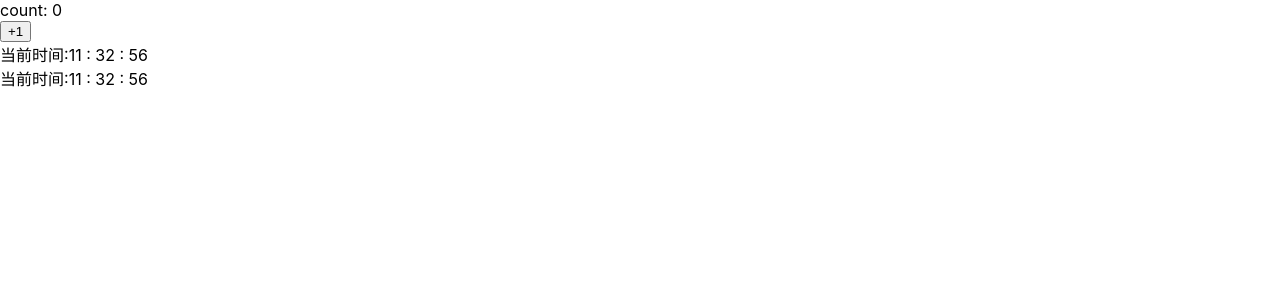
Repository: AprilChou4/cra-demo
Page: / (app in demo7-react生命周期/)
These files come from the project's save history. The page is drawn as it stood at one moment and after the next save; the edit follows.
The browser window is 1280 px wide. The pictures show the whole page.
The project was rebuilt for these pictures with package versions that can differ from the ones it lists, and the page was loaded fresh each time.

Above is the page before, as saved 2021-02-25 17:04:24.

### demo7-react生命周期/src/index.js
import React from 'react';
import ReactDOM from 'react-dom';
import './index.css';
// import App from './component/ReactLife163';
// contex的通信
// import App from './component/Context';
// 组件的复用
// import App from './component/UsePublic';
// import App from './component/PureComponent';
import App from './component/ReactMemo';


ReactDOM.render(
  // <React.StrictMode>
  <App />,
  // </React.StrictMode>,
  document.getElementById('root'),
);

### demo7-react生命周期/src/component/ReactMemo/index.jsx
import React, { useState, memo, useMemo, useCallback } from 'react'

const Child = () => {
    const date = new Date()

    return (
      <div>
        当前时间:{date.getHours()} : {date.getMinutes()} : {date.getSeconds()}
      </div>
    )
  };
const Child1 = memo(() => {
    const date = new Date()

    return (
      <div>
        当前时间:{date.getHours()} : {date.getMinutes()} : {date.getSeconds()}
      </div>
    )
  })

const Parent = () => {
  const [count, setCount] = useState(0)

  return (
    <div>
      <div>count: {count}</div>
      <button onClick={() => {
        setCount(count + 1)
      }}>+1</button>
      <Child />
      <Child1/>
    </div>
  )
}

function App() {
  return <div><Parent /></div>
}

export default App

Loaded but not shown: demo7-react生命周期/public/index.html (common file); demo7-react生命周期/src/index.css (common file)

After the next save:
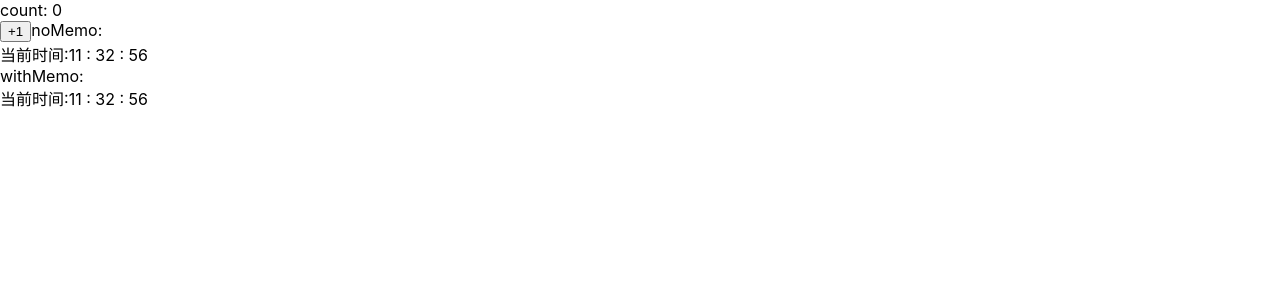
Saved 15 s later.
--- a/demo7-react生命周期/src/component/ReactMemo/index.jsx
+++ b/demo7-react生命周期/src/component/ReactMemo/index.jsx
@@ -28,8 +28,8 @@ const Parent = () => {
       <button onClick={() => {
         setCount(count + 1)
       }}>+1</button>
-      <Child />
-      <Child1/>
+      noMemo: <Child />
+      withMemo:<Child1/>
     </div>
   )
 }
